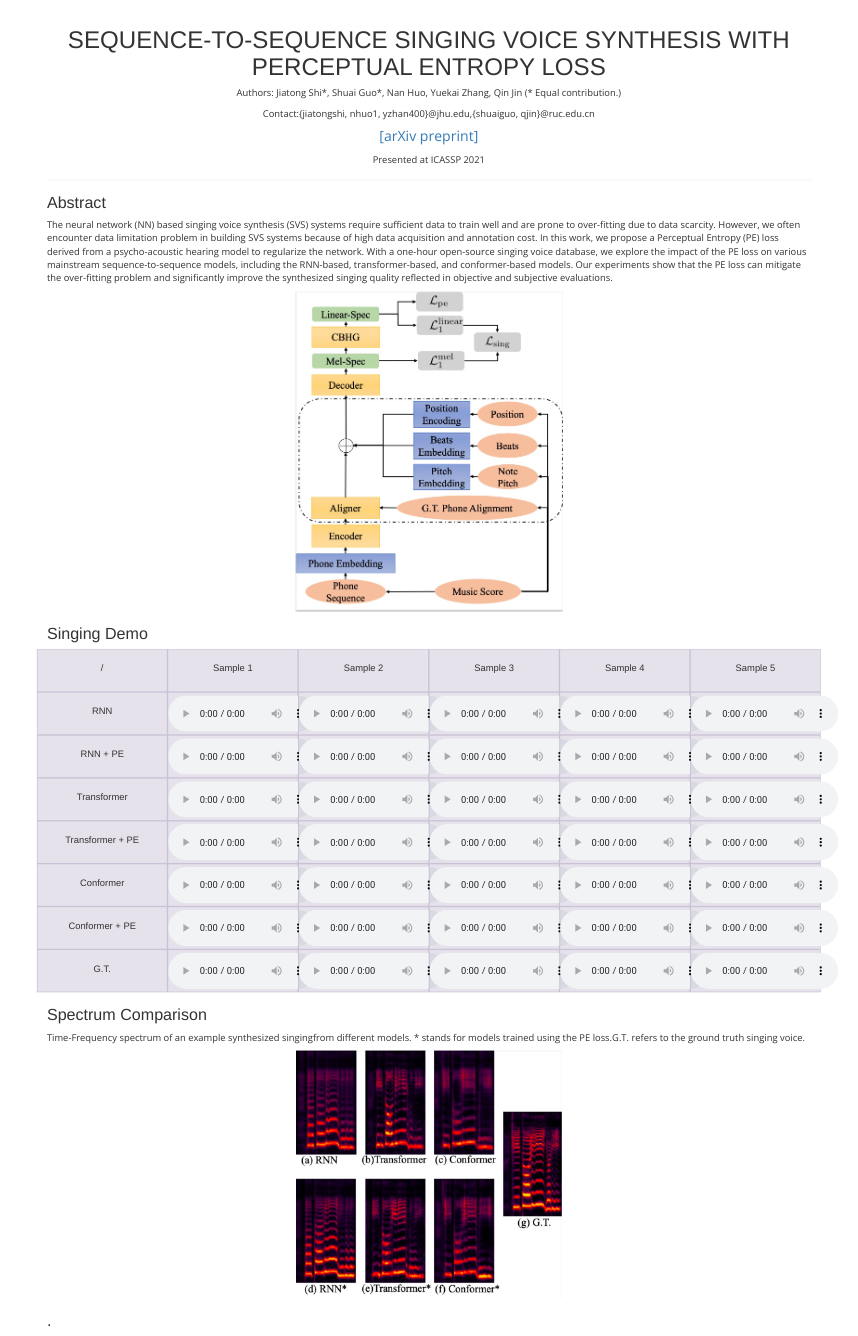
Repository: PeterGuoRuc/SVS_pe.github.io
Page: index.html
An editor plug-in stored every save of this project. The page is shown before and after the next save, followed by the edit.
The browser window is 1280 px wide. The pictures show the whole page, at 67% of full size.

Above is the page before, as saved 2021-06-06 20:18:52.

### index.html
<!DOCTYPE html>
<html lang="en">
  <head>
    <meta charset="utf-8">
    <meta http-equiv="X-UA-Compatible" content="IE=edge">
    <meta name="viewport" content="width=device-width, initial-scale=1">
    <meta name="description" content="">
    <meta name="author" content="">
    <link rel="shortcut icon" type="image/x-icon" href="../favicon.ico">

    <title>SEQUENCE-TO-SEQUENCE SINGING VOICE SYNTHESIS WITH PERCEPTUAL ENTROPY LOSS</title>

    <!-- Fonts -->
    <link href="https://fonts.googleapis.com/css?family=Abril+Fatface|Open+Sans" rel="stylesheet">

    <!-- Bootstrap core CSS -->
    <!--<link href="bootstrap/dist/css/bootstrap.min.css" rel="stylesheet">-->
    <link href="https://maxcdn.bootstrapcdn.com/bootstrap/3.3.7/css/bootstrap.min.css" rel="stylesheet">

    <!-- IE10 viewport hack for Surface/desktop Windows 8 bug -->
    <!--<link href="bootstrap/assets/css/ie10-viewport-bug-workaround.css" rel="stylesheet">-->
    <link href="https://maxcdn.bootstrapcdn.com/css/ie10-viewport-bug-workaround.css" rel="stylesheet">

    <!-- Custom styles for this template -->
    <link href="poster.css" rel="stylesheet">

    <!-- Just for debugging purposes. Don't actually copy these 2 lines! -->
    <!--[if lt IE 9]><script src="bootstrap/assets/js/ie8-responsive-file-warning.js"></script><![endif]-->
    <!--<script src="bootstrap/assets/js/ie-emulation-modes-warning.js"></script>-->

    <!-- HTML5 shim and Respond.js for IE8 support of HTML5 elements and media queries -->
    <!--[if lt IE 9]>
      <script src="https://oss.maxcdn.com/html5shiv/3.7.3/html5shiv.min.js"></script>
      <script src="https://oss.maxcdn.com/respond/1.4.2/respond.min.js"></script>
    <![endif]-->
  </head>

  <body>
    <div class="container">

      <div class="page-header">
        <h1>
          SEQUENCE-TO-SEQUENCE SINGING VOICE SYNTHESIS WITH PERCEPTUAL ENTROPY LOSS
        </h1>
        <p class="centered">
          Authors: Jiatong Shi*, Shuai Guo*, Nan Huo, Yuekai Zhang, Qin Jin (* Equal contribution.)
        </p>
        <p class="centered">
          Contact:{jiatongshi, nhuo1, yzhan400}@jhu.edu,{shuaiguo, qjin}@ruc.edu.cn
        </p>
        <p class="lead">
          <a class="lead_link" href="https://arxiv.org/abs/2010.12024">[arXiv preprint]</a>
        </p>
        <p class="centered">Presented at ICASSP 2021</p>
      </div>

      <h3>Abstract</h3>
      <p>The neural network (NN) based singing voice synthesis (SVS) systems require sufficient data to train well and are prone to over-fitting due to data scarcity.
        However, we often encounter data limitation problem in building SVS systems because of high data acquisition and annotation cost.
        In this work, we propose a Perceptual Entropy (PE) loss derived from a psycho-acoustic hearing model to regularize the network.
        With a one-hour open-source singing voice database, we explore the impact of the PE loss on various mainstream sequence-to-sequence models, including the RNN-based, transformer-based, and conformer-based models.
        Our experiments show that the PE loss can mitigate the over-fitting problem and significantly improve the synthesized singing quality reflected in objective and subjective evaluations.
      </p>

      <center><img src="images/svs_model.jpg" height="35%" width="35%"></center>

      <h3>Singing Demo</h3>
      <div class="row">
        <div class="col-md-2">/</div>
        <div class="col-md-2">Sample 1</div>
        <div class="col-md-2">Sample 2</div>
        <div class="col-md-2">Sample 3</div>
        <div class="col-md-2">Sample 4</div>
        <div class="col-md-2">Sample 5</div>
      </div>
      <div class="row">
        <div class="col-md-2">RNN</div>
        <div class="col-md-2"><audio src="files/rnn/3.wav" controls></audio></div>
        <div class="col-md-2"><audio src="files/rnn/6.wav" controls></audio></div>
        <div class="col-md-2"><audio src="files/rnn/7.wav" controls></audio></div>
        <div class="col-md-2"><audio src="files/rnn/8.wav" controls></audio></div>
        <div class="col-md-2"><audio src="files/rnn/9.wav" controls></audio></div>
      </div>
      <div class="row">
        <div class="col-md-2">RNN + PE</div>
        <div class="col-md-2"><audio src="files/rnn_pe/3.wav" controls></audio></div>
        <div class="col-md-2"><audio src="files/rnn_pe/6.wav" controls></audio></div>
        <div class="col-md-2"><audio src="files/rnn_pe/7.wav" controls></audio></div>
        <div class="col-md-2"><audio src="files/rnn_pe/8.wav" controls></audio></div>
        <div class="col-md-2"><audio src="files/rnn_pe/9.wav" controls></audio></div>
      </div>
      <div class="row">
        <div class="col-md-2">Transformer</div>
        <div class="col-md-2"><audio src="files/glu/3.wav" controls></audio></div>
        <div class="col-md-2"><audio src="files/glu/6.wav" controls></audio></div>
        <div class="col-md-2"><audio src="files/glu/7.wav" controls></audio></div>
        <div class="col-md-2"><audio src="files/glu/8.wav" controls></audio></div>
        <div class="col-md-2"><audio src="files/glu/9.wav" controls></audio></div>
      </div>
      <div class="row">
        <div class="col-md-2">Transformer + PE</div>
        <div class="col-md-2"><audio src="files/glu_pe/3.wav" controls></audio></div>
        <div class="col-md-2"><audio src="files/glu_pe/6.wav" controls></audio></div>
        <div class="col-md-2"><audio src="files/glu_pe/7.wav" controls></audio></div>
        <div class="col-md-2"><audio src="files/glu_pe/8.wav" controls></audio></div>
        <div class="col-md-2"><audio src="files/glu_pe/9.wav" controls></audio></div>
      </div>
      <div class="row">
        <div class="col-md-2">Conformer</div>
        <div class="col-md-2"><audio src="files/conformer/3.wav" controls></audio></div>
        <div class="col-md-2"><audio src="files/conformer/6.wav" controls></audio></div>
        <div class="col-md-2"><audio src="files/conformer/7.wav" controls></audio></div>
        <div class="col-md-2"><audio src="files/conformer/8.wav" controls></audio></div>
        <div class="col-md-2"><audio src="files/conformer/9.wav" controls></audio></div>
      </div>
      <div class="row">
        <div class="col-md-2">Conformer + PE</div>
        <div class="col-md-2"><audio src="files/conformer_pe/3.wav" controls></audio></div>
        <div class="col-md-2"><audio src="files/conformer_pe/6.wav" controls></audio></div>
        <div class="col-md-2"><audio src="files/conformer_pe/7.wav" controls></audio></div>
        <div class="col-md-2"><audio src="files/conformer_pe/8.wav" controls></audio></div>
        <div class="col-md-2"><audio src="files/conformer_pe/9.wav" controls></audio></div>
      </div>
      <div class="row">
        <div class="col-md-2">G.T.</div>
        <div class="col-md-2"><audio src="files/GT/3_true.wav" controls></audio></div>
        <div class="col-md-2"><audio src="files/GT/6_true.wav" controls></audio></div>
        <div class="col-md-2"><audio src="files/GT/7_true.wav" controls></audio></div>
        <div class="col-md-2"><audio src="files/GT/8_true.wav" controls></audio></div>
        <div class="col-md-2"><audio src="files/GT/9_true.wav" controls></audio></div>
      </div>

      <h3>Spectrum Comparison</h3>
      <p>Time-Frequency spectrum of an example synthesized singingfrom different models.
        * stands for models trained using the PE loss.G.T. refers to the ground truth singing voice.
      </p>
      <center><img src="images/spec_compare.jpg" height="35%" width="35%"></center>

      <h3>.</h3>


    </div> <!-- /container -->


    <!-- IE10 viewport hack for Surface/desktop Windows 8 bug -->
    <!--<script src="bootstrap/assets/js/ie10-viewport-bug-workaround.js"></script>-->
    <script src="https://maxcdn.bootstrapcdn.com/js/ie10-viewport-bug-workaround.js"></script>
  </body>
</html>

### poster.css

p {
  font-family: 'Open Sans', sans-serif;
  margin: 10px 0 10px;
}

.lead_link {
  margin: 0 5px 0 5px;
}

.lead {
  text-align: center;
  margin-bottom: 0;
}

.centered {
  text-align: center;
}

.image_title {
  text-align: center;
}

img.figure {
  display: block;
  margin-left: auto;
  margin-right: auto;
  max-width: 100%;
}

h1 {
  /* font-family: 'Abril Fatface', cursive; */
  text-align: center;
}

h4 {
  margin-top: 25px;
}
.row {
  margin-bottom: 0px;
  position: relative;
}

/* vertically center audio players */
.row audio {
    position: absolute;
    top: 0;
    left: 0;
    bottom: 0;
    right: 0;
    margin: auto;
    display: block;
    width: 220px;
}

[class*="col-"] {
  padding-top: 17px;
  padding-bottom: 17px;
  background-color: #eee;
  background-color: rgba(86,61,124,.15);
  border: 1px solid #ddd;
  border: 1px solid rgba(86,61,124,.2);
  height: 64px;
  text-align: center;
}

hr {
  margin-top: 40px;
  margin-bottom: 40px;
}

After the next save:
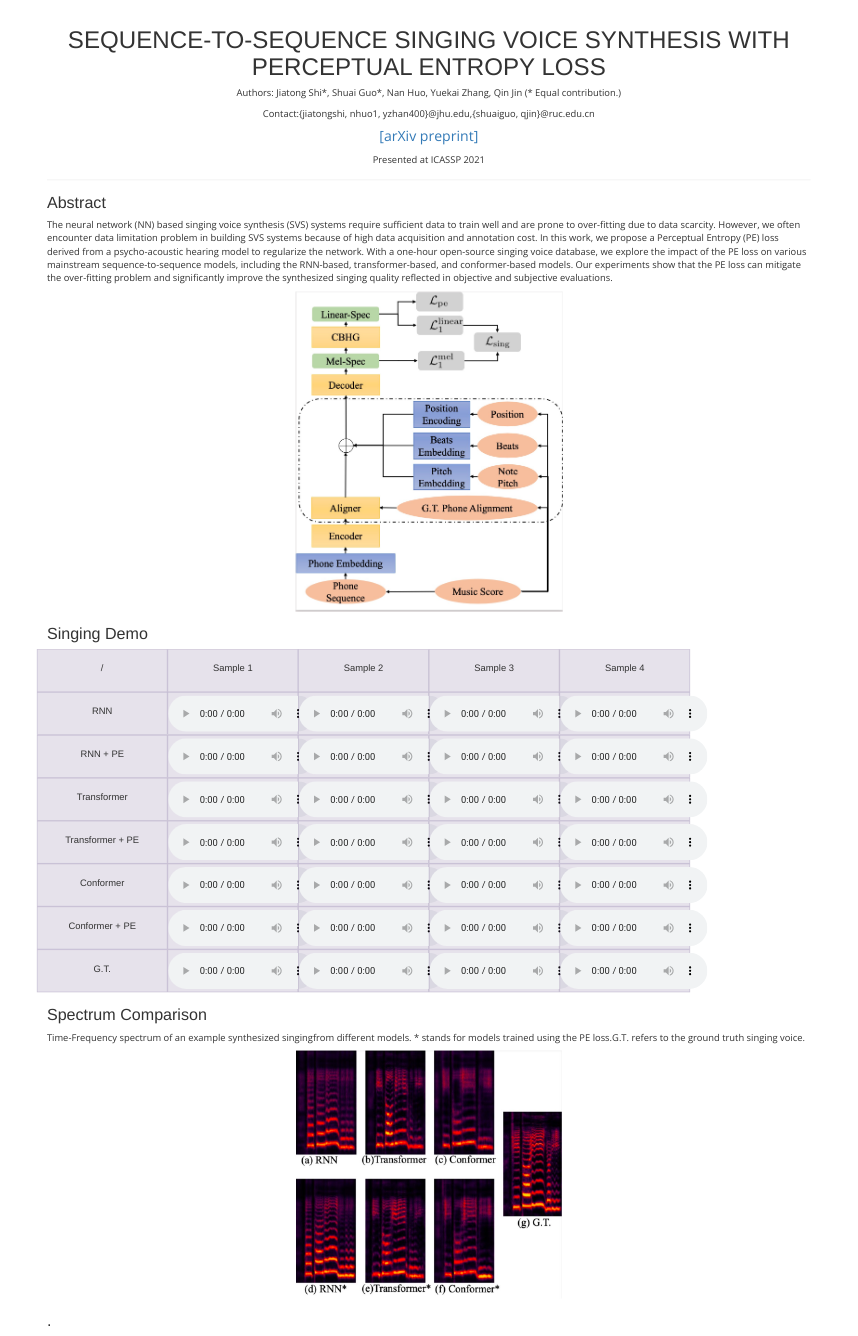
Saved 3 min 22 s later.
--- a/index.html
+++ b/index.html
@@ -71,14 +71,12 @@
         <div class="col-md-2">Sample 2</div>
         <div class="col-md-2">Sample 3</div>
         <div class="col-md-2">Sample 4</div>
-        <div class="col-md-2">Sample 5</div>
       </div>
       <div class="row">
         <div class="col-md-2">RNN</div>
         <div class="col-md-2"><audio src="files/rnn/3.wav" controls></audio></div>
         <div class="col-md-2"><audio src="files/rnn/6.wav" controls></audio></div>
         <div class="col-md-2"><audio src="files/rnn/7.wav" controls></audio></div>
-        <div class="col-md-2"><audio src="files/rnn/8.wav" controls></audio></div>
         <div class="col-md-2"><audio src="files/rnn/9.wav" controls></audio></div>
       </div>
       <div class="row">
@@ -86,7 +84,6 @@
         <div class="col-md-2"><audio src="files/rnn_pe/3.wav" controls></audio></div>
         <div class="col-md-2"><audio src="files/rnn_pe/6.wav" controls></audio></div>
         <div class="col-md-2"><audio src="files/rnn_pe/7.wav" controls></audio></div>
-        <div class="col-md-2"><audio src="files/rnn_pe/8.wav" controls></audio></div>
         <div class="col-md-2"><audio src="files/rnn_pe/9.wav" controls></audio></div>
       </div>
       <div class="row">
@@ -94,7 +91,6 @@
         <div class="col-md-2"><audio src="files/glu/3.wav" controls></audio></div>
         <div class="col-md-2"><audio src="files/glu/6.wav" controls></audio></div>
         <div class="col-md-2"><audio src="files/glu/7.wav" controls></audio></div>
-        <div class="col-md-2"><audio src="files/glu/8.wav" controls></audio></div>
         <div class="col-md-2"><audio src="files/glu/9.wav" controls></audio></div>
       </div>
       <div class="row">
@@ -102,7 +98,6 @@
         <div class="col-md-2"><audio src="files/glu_pe/3.wav" controls></audio></div>
         <div class="col-md-2"><audio src="files/glu_pe/6.wav" controls></audio></div>
         <div class="col-md-2"><audio src="files/glu_pe/7.wav" controls></audio></div>
-        <div class="col-md-2"><audio src="files/glu_pe/8.wav" controls></audio></div>
         <div class="col-md-2"><audio src="files/glu_pe/9.wav" controls></audio></div>
       </div>
       <div class="row">
@@ -110,7 +105,6 @@
         <div class="col-md-2"><audio src="files/conformer/3.wav" controls></audio></div>
         <div class="col-md-2"><audio src="files/conformer/6.wav" controls></audio></div>
         <div class="col-md-2"><audio src="files/conformer/7.wav" controls></audio></div>
-        <div class="col-md-2"><audio src="files/conformer/8.wav" controls></audio></div>
         <div class="col-md-2"><audio src="files/conformer/9.wav" controls></audio></div>
       </div>
       <div class="row">
@@ -118,7 +112,6 @@
         <div class="col-md-2"><audio src="files/conformer_pe/3.wav" controls></audio></div>
         <div class="col-md-2"><audio src="files/conformer_pe/6.wav" controls></audio></div>
         <div class="col-md-2"><audio src="files/conformer_pe/7.wav" controls></audio></div>
-        <div class="col-md-2"><audio src="files/conformer_pe/8.wav" controls></audio></div>
         <div class="col-md-2"><audio src="files/conformer_pe/9.wav" controls></audio></div>
       </div>
       <div class="row">
@@ -126,7 +119,6 @@
         <div class="col-md-2"><audio src="files/GT/3_true.wav" controls></audio></div>
         <div class="col-md-2"><audio src="files/GT/6_true.wav" controls></audio></div>
         <div class="col-md-2"><audio src="files/GT/7_true.wav" controls></audio></div>
-        <div class="col-md-2"><audio src="files/GT/8_true.wav" controls></audio></div>
         <div class="col-md-2"><audio src="files/GT/9_true.wav" controls></audio></div>
       </div>
 
